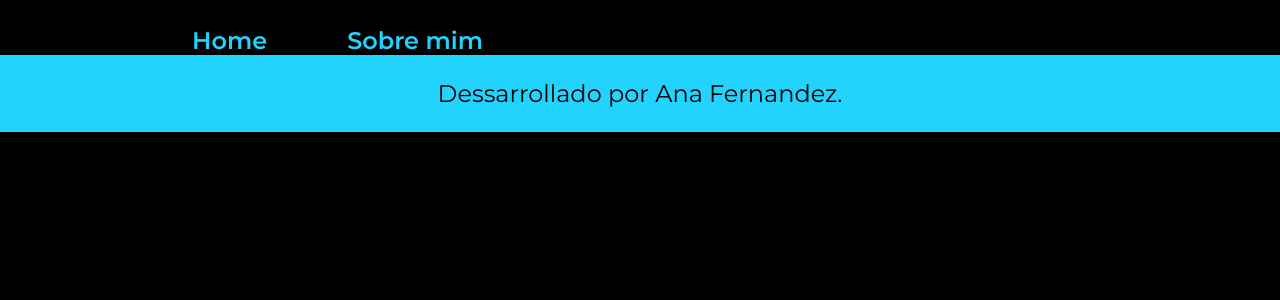
Repository: AnaFzCz/Portifolio-HTML-CSS-dinamico
Page: about.html
An editor plug-in stored every save of this project. The page is shown before and after the next save, followed by the edit.
The browser window is 1280 px wide. The pictures show the whole page.
Some web fonts or font styles are not loaded; a fallback is used.

Above is the page before, as saved 2025-02-10 09:21:51.

After the next save:
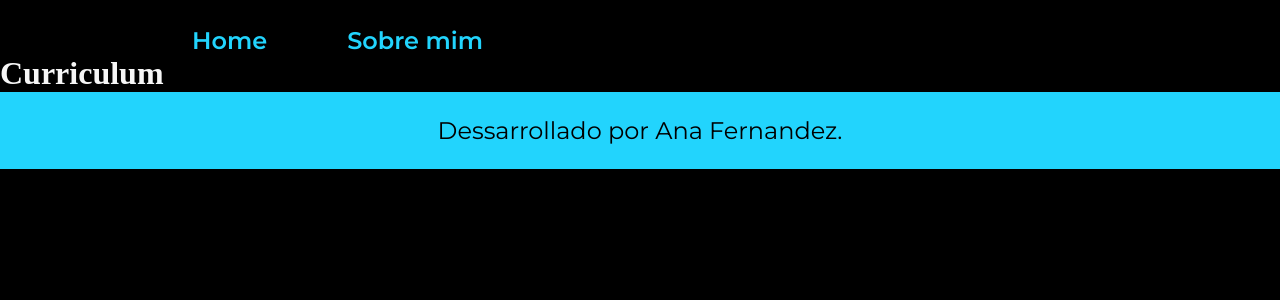
Saved 3 min 49 s later.
--- a/about.html
+++ b/about.html
@@ -18,6 +18,9 @@
     </header>
     <main>
 
+        <h1>Curriculum</h1>
+
+
     </main>
     <footer class="rodape">
         <p>
